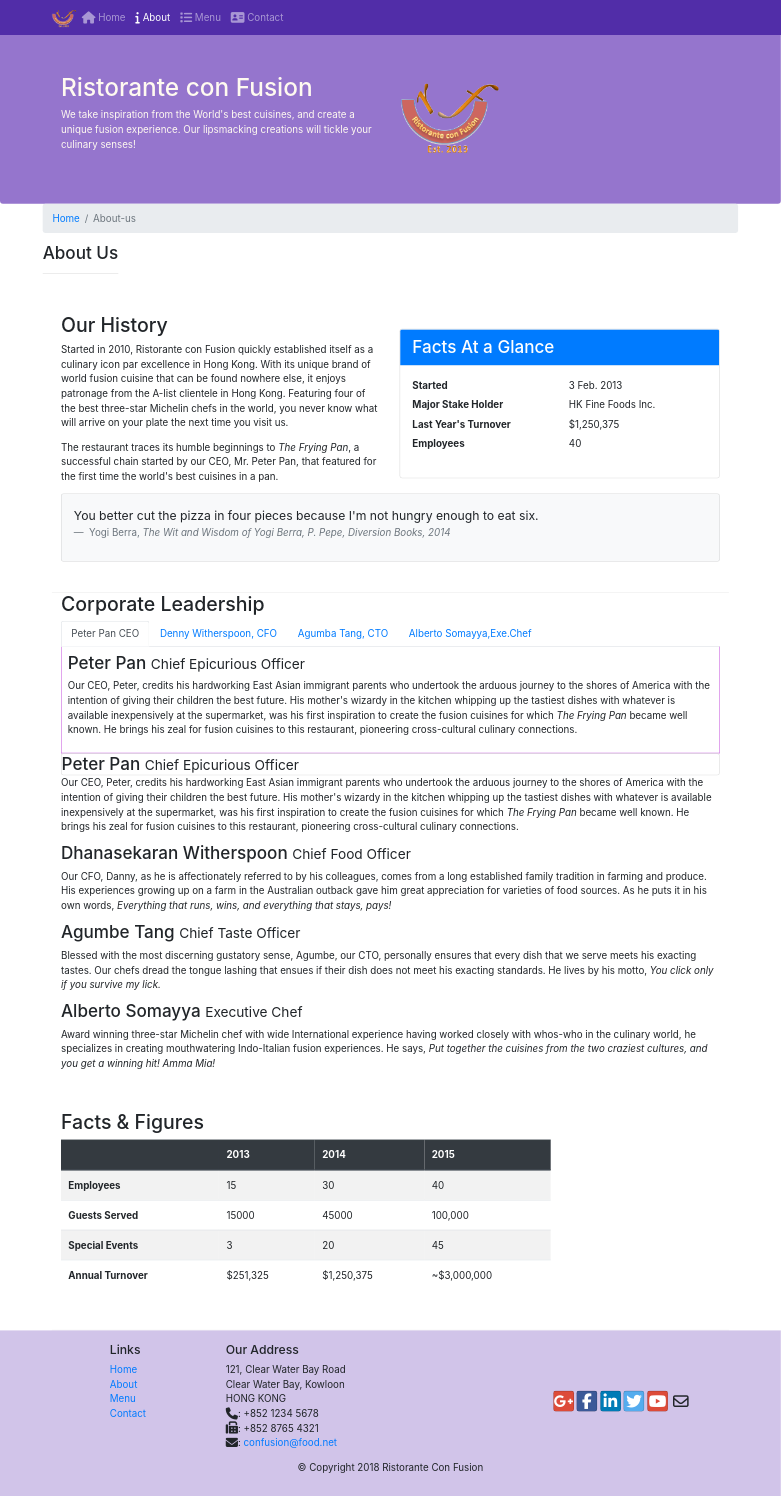
Repository: Samkiroko/Boostrap_intro
Page: about-us.html
The author's editor kept a copy of each file at every save. The page is drawn from the files as they stood at one save, then again after the next save.
The browser window is 1280 px wide. The pictures show the whole page, at 61% of full size.
Some web libraries are served in a nearby version.

Above is the page before, as saved 2020-02-05 11:24:44.

After the next save:
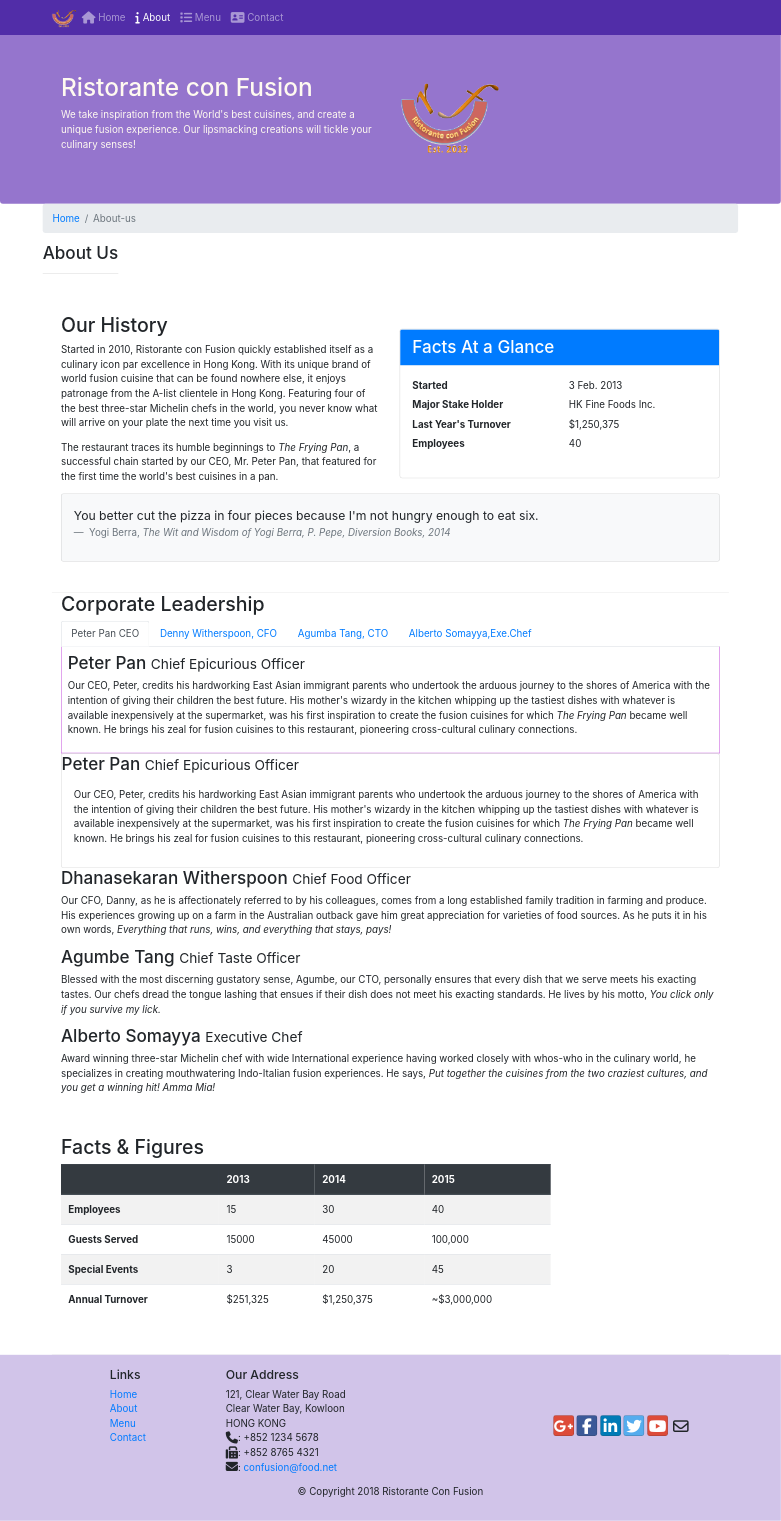
Saved 3 min 30 s later.
--- a/about-us.html
+++ b/about-us.html
@@ -244,10 +244,9 @@
               <div class="card-hearder" role="tab" id="peterhead">
                 <h3 class="mb-0"><a data-toggle="collapse" data-target="#peter" >Peter Pan <small>Chief Epicurious Officer</a></small></h3>
               </div>
-            </div>
-            <div role="tabpanel" class="tab-pane fade show active" id="peter">
-
-              <p class="d-none d-sm-block">
+              <div class="collapse show" id="peter" data-parant="#accordion">
+              <div class="card-body">
+                <p class="d-none d-sm-block">
                 Our CEO, Peter, credits his hardworking East Asian immigrant
                 parents who undertook the arduous journey to the shores of
                 America with the intention of giving their children the best
@@ -259,7 +258,11 @@
                 for fusion cuisines to this restaurant, pioneering
                 cross-cultural culinary connections.
               </p>
-            </div>
+              </div>
+
+            </div>
+            </div>
+
             <div role="tabpanel" class="tab-pane fade show " id="danny">
               <h3>
                 Dhanasekaran Witherspoon <small>Chief Food Officer</small>
